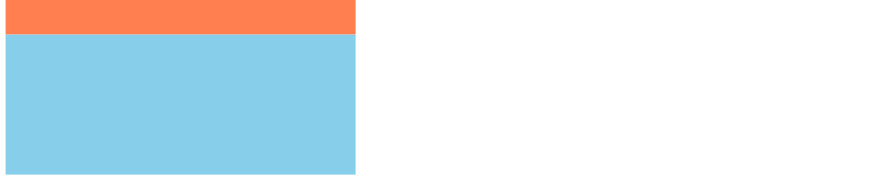
Repository: hminah0215/bitcamp
Page: http://localhost/day0217b/exam03/ex05.jsp
An editor plug-in stored every save of this project. The page is shown before and after the next save, followed by the edit.
The browser window is 1280 px wide. The pictures show the part of the page from y = 658 to 2578 px (the page is 916 px tall before and 2716 px after), at 70% of full size.
The page is served by Tomcat 9.

Above is the page before, as saved 2020-02-17 08:00:08.

### save_eclipse/day0217b/WebContent/exam03/ex05.jsp
<%@ page language="java" contentType="text/html; charset=UTF-8"
    pageEncoding="UTF-8"%>
<!DOCTYPE html>
<html>
<head>
<meta charset="UTF-8">
<title>Insert title here</title>
<style type="text/css">
	#box1{width: 500px; height: 200px; background: gray;}
	#parent{width: 500px; height: 500px; background: coral;}
	#child{width: 200px; height: 200px; background: pink;}
	#box2{width: 500px; height: 200px; background: skyblue}
</style>
</head>
<body>
	<div id="box1"></div>
	<div id="parent">
		<div id="child"></div>
	</div>
	<div id="box2"></div>
</body>
</html>

After the next save:
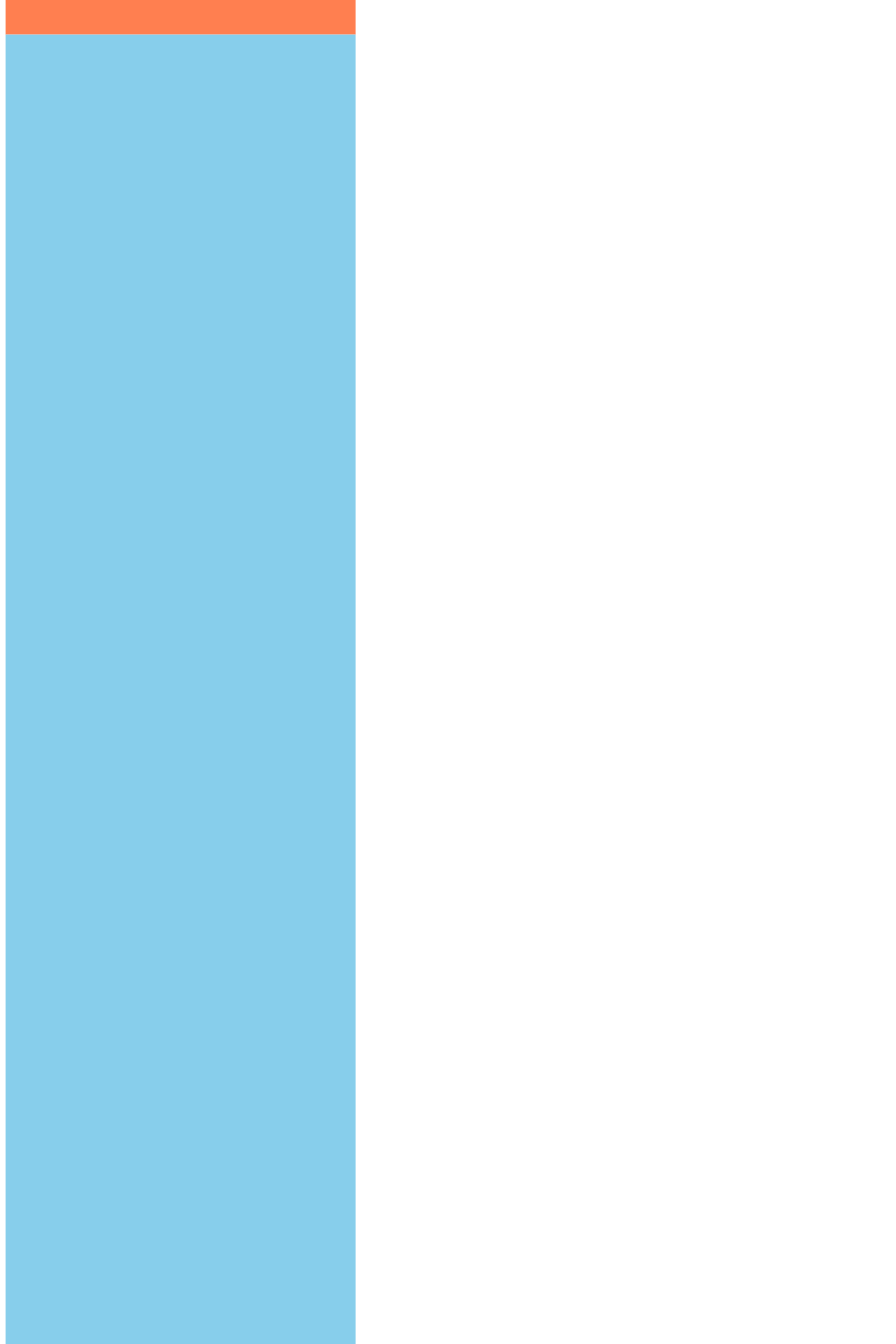
Saved 43 s later.
--- a/save_eclipse/day0217b/WebContent/exam03/ex05.jsp
+++ b/save_eclipse/day0217b/WebContent/exam03/ex05.jsp
@@ -9,7 +9,7 @@
 	#box1{width: 500px; height: 200px; background: gray;}
 	#parent{width: 500px; height: 500px; background: coral;}
 	#child{width: 200px; height: 200px; background: pink;}
-	#box2{width: 500px; height: 200px; background: skyblue}
+	#box2{width: 500px; height: 2000px; background: skyblue}
 </style>
 </head>
 <body>
